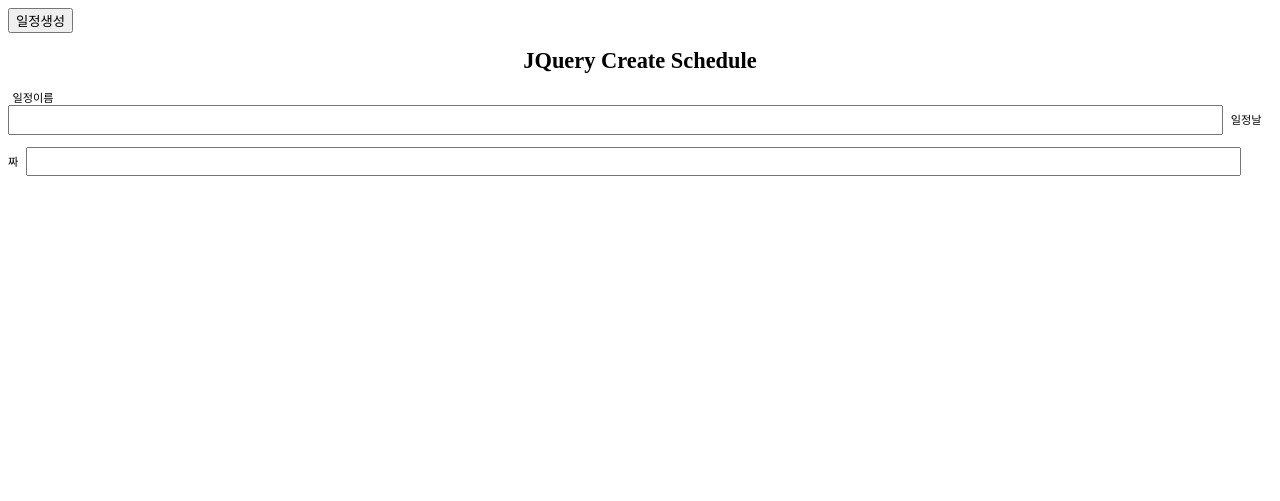
Repository: Junhee1412/front_end_practice
Page: jquery, bootstrap/js04_jquery_ui/public/js01_datepicker.html
The author's editor kept a copy of each file at every save. The page is drawn from the files as they stood at one save, then again after the next save.
The browser window is 1280 px wide. The pictures show the whole page.
Pictures or frames that could not be fetched are drawn as grey boxes.

Above is the page before, as saved 2022-11-15 03:49:35.

### jquery, bootstrap/js04_jquery_ui/public/js01_datepicker.html
<!doctype html>
<html lang="en">
<head>
  <meta charset="utf-8">
  <meta name="viewport" content="width=device-width, initial-scale=1">
  <title>jQuery UI Datepicker - Default functionality</title>
  <link rel="stylesheet" href="//code.jquery.com/ui/1.13.2/themes/base/jquery-ui.css">
  <style>
  	body{font-size:70%;}
  	h1{text-align:center;}
  	input[type="text"], label{
  	margin-bottom:12px;
  	padding:0.4em;
  	width:95%;
  	}
  </style>
  <script src="https://code.jquery.com/jquery-3.6.0.min.js"></script>
  <script src="https://code.jquery.com/ui/1.13.2/jquery-ui.min.js"></script>
  <script>
  	$(function() {});
  </script>
</head>
<body>
	<button id="open-button">일정생성</button>
	<div id="output"></div>
	<div id="dialog" title="JQuery UI Dialog">
		<h1>JQuery Create Schedule</h1>
		<label for="event_name">일정이름</label>
		<input type="text" id="event_name" />
		<label for="event_date">일정날짜</label>
		<input type="text" id="event_date" />
	</div>
</body>
</html>

After the next save:
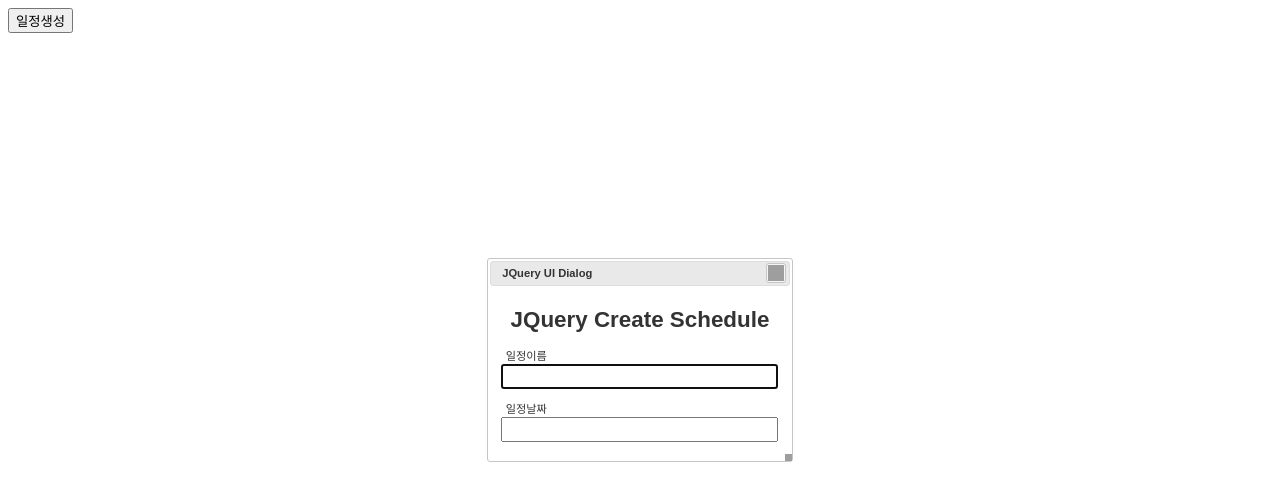
Saved 2 min 9 s later.
--- a/jquery, bootstrap/js04_jquery_ui/public/js01_datepicker.html
+++ b/jquery, bootstrap/js04_jquery_ui/public/js01_datepicker.html
@@ -17,7 +17,11 @@
   <script src="https://code.jquery.com/jquery-3.6.0.min.js"></script>
   <script src="https://code.jquery.com/ui/1.13.2/jquery-ui.min.js"></script>
   <script>
-  	$(function() {});
+  	$(function() {
+  		$('#open-button').click(function(){});
+  		$('#dialog').dialog();
+  		$('#event-date').datepicker();
+  	});
   </script>
 </head>
 <body>

After the 4 saves that followed:
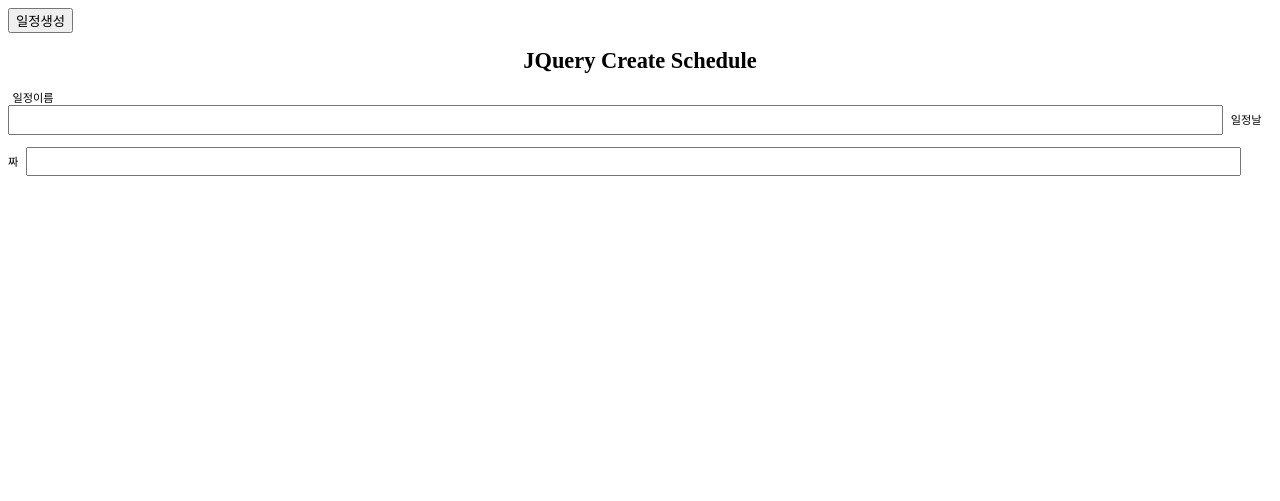
Console error: SyntaxError: Unexpected token ';'
The 4 saves are shown as one change because 3 left the picture as it was.
The last was saved 4 min 42 s later.
--- a/jquery, bootstrap/js04_jquery_ui/public/js01_datepicker.html
+++ b/jquery, bootstrap/js04_jquery_ui/public/js01_datepicker.html
@@ -18,9 +18,16 @@
   <script src="https://code.jquery.com/ui/1.13.2/jquery-ui.min.js"></script>
   <script>
   	$(function() {
-  		$('#open-button').click(function(){});
-  		$('#dialog').dialog();
-  		$('#event-date').datepicker();
+  		$('#open-button').click(function(){
+  			$('#dialog').dialog('open');
+  		});
+  		$('#dialog').dialog({
+  			autoOpen:false;
+  		});
+  		$('#event_date').datepicker({
+  			dateFormat: 'yyyy.mm.dd',
+  			numberOfMonths: 3
+  		});
   	});
   </script>
 </head>
@@ -29,7 +36,7 @@
 	<div id="output"></div>
 	<div id="dialog" title="JQuery UI Dialog">
 		<h1>JQuery Create Schedule</h1>
-		<label for="event_name">일정이름</label>
+		<label for="event-name">일정이름</label>
 		<input type="text" id="event_name" />
 		<label for="event_date">일정날짜</label>
 		<input type="text" id="event_date" />
